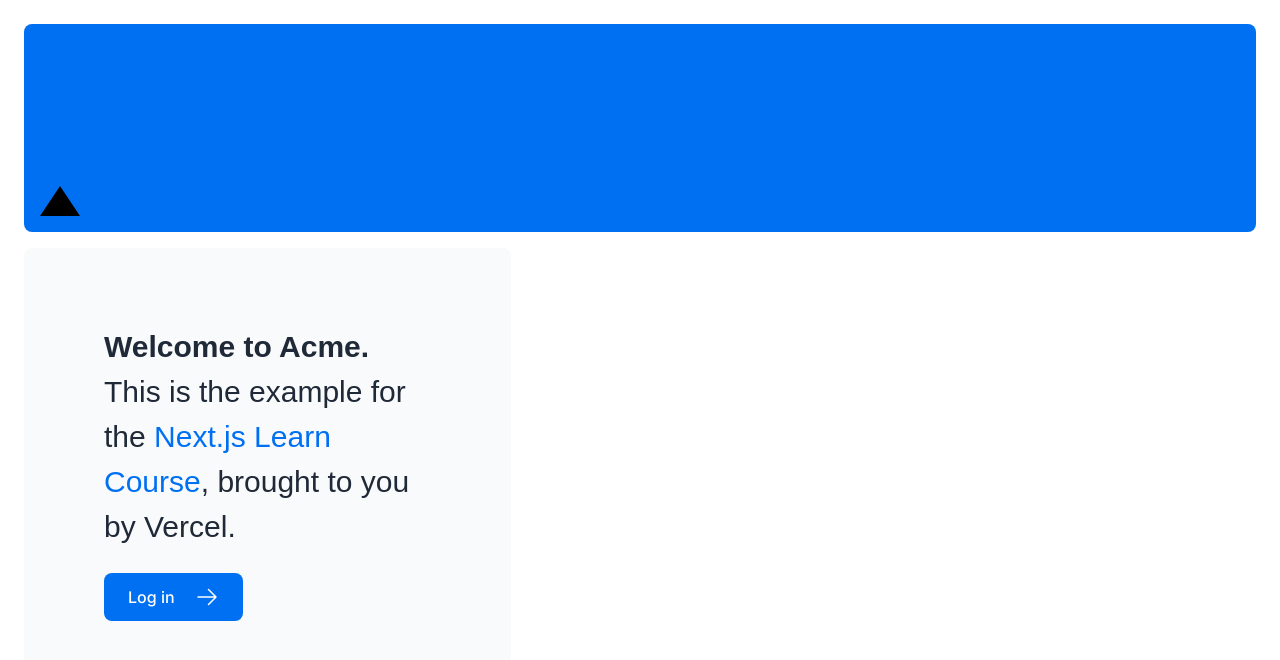
Repository: carlz812/nextjs-demo-dashboard
Page: /
The author's editor kept a copy of each file at every save. The page is drawn from the files as they stood at one save, then again after a run of saves.
The browser window is 1280 px wide. The pictures show the whole page.
Some web fonts or font styles are not loaded; a fallback is used. The project was rebuilt for these pictures with package versions that can differ from the ones it lists, and the page was loaded fresh each time. The framework's server and built-in components were replaced by stand-ins that run in the browser. Also part of the build but not shown: next.config.js.

Above is the page before, as saved 2023-11-27 15:21:34.

### app/page.tsx
import AcmeLogo from '@/app/ui/acme-logo';
import { ArrowRightIcon } from '@heroicons/react/24/outline';
import Link from 'next/link';
import { lusitana } from '@/app/ui/fonts';

export default function Page() {
  return (
    <main className="flex min-h-screen flex-col p-6">
      <div className="flex h-20 shrink-0 items-end rounded-lg bg-blue-500 p-4 md:h-52">
      <div
        className="h-0 w-0 border-b-[30px] border-l-[20px] border-r-[20px] border-b-black border-l-transparent border-r-transparent"
      />
      </div>
      <div className="mt-4 flex grow flex-col gap-4 md:flex-row">
        <div className="flex flex-col justify-center gap-6 rounded-lg bg-gray-50 px-6 py-10 md:w-2/5 md:px-20">
          <p className={`${lusitana.className} text-xl text-gray-800 md:text-3xl md:leading-normal`}>
            <strong>Welcome to Acme.</strong> This is the example for the{' '}
            <a href="https://nextjs.org/learn/" className="text-blue-500">
              Next.js Learn Course
            </a>
            , brought to you by Vercel.
          </p>
          <Link
            href="/login"
            className="flex items-center gap-5 self-start rounded-lg bg-blue-500 px-6 py-3 text-sm font-medium text-white transition-colors hover:bg-blue-400 md:text-base"
          >
            <span>Log in</span> <ArrowRightIcon className="w-5 md:w-6" />
          </Link>
        </div>
        <div className="flex items-center justify-center p-6 md:w-3/5 md:px-28 md:py-12">
          {/* Add Hero Images Here */}
        </div>
      </div>

    </main>
  );
}

### app/ui/fonts.ts
import { Inter, Lusitana } from 'next/font/google';

export const inter = Inter({ subsets: ['latin'] });
export const lusitana = Lusitana({ weight: ['400', '700'], subsets: ['latin'], });

Loaded but not shown: app/layout.tsx (common file); app/ui/global.css (common file); tailwind.config.ts (common file); app/ui/acme-logo.tsx (common file)

After the next 3 saves:
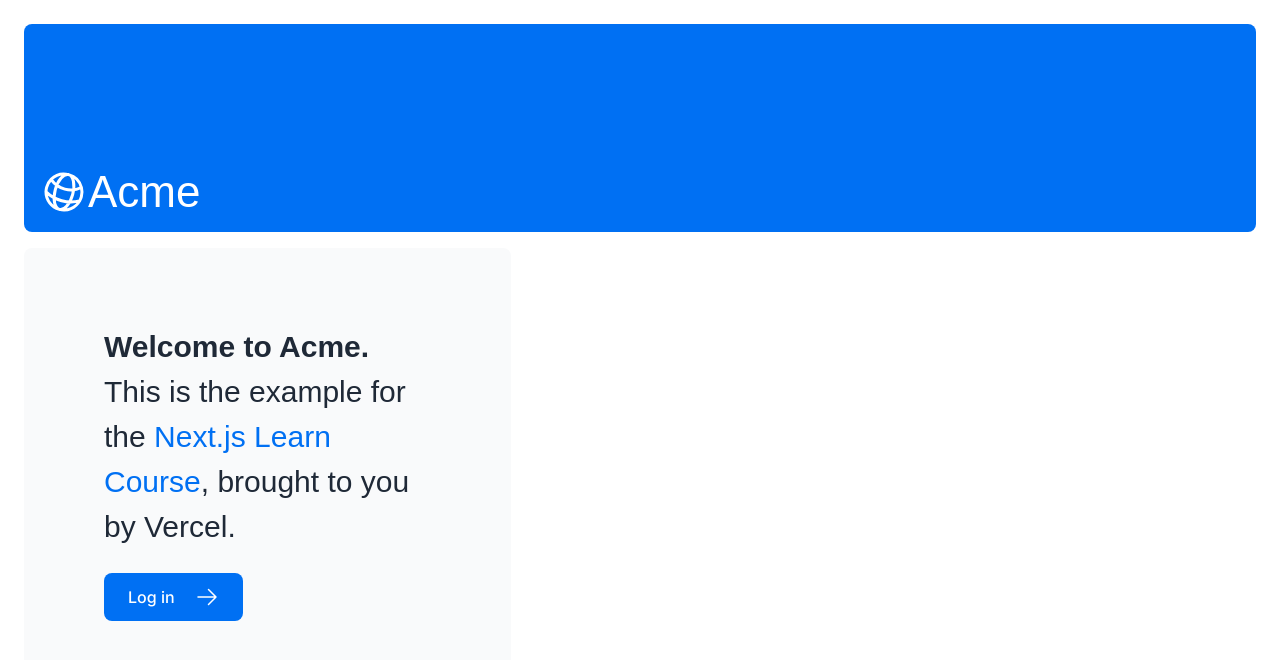
The 3 saves are shown as one change because they came seconds apart.
The last was saved 30 s later.
--- a/app/page.tsx
+++ b/app/page.tsx
@@ -7,9 +7,7 @@
   return (
     <main className="flex min-h-screen flex-col p-6">
       <div className="flex h-20 shrink-0 items-end rounded-lg bg-blue-500 p-4 md:h-52">
-      <div
-        className="h-0 w-0 border-b-[30px] border-l-[20px] border-r-[20px] border-b-black border-l-transparent border-r-transparent"
-      />
+        <AcmeLogo></AcmeLogo>
       </div>
       <div className="mt-4 flex grow flex-col gap-4 md:flex-row">
         <div className="flex flex-col justify-center gap-6 rounded-lg bg-gray-50 px-6 py-10 md:w-2/5 md:px-20">
